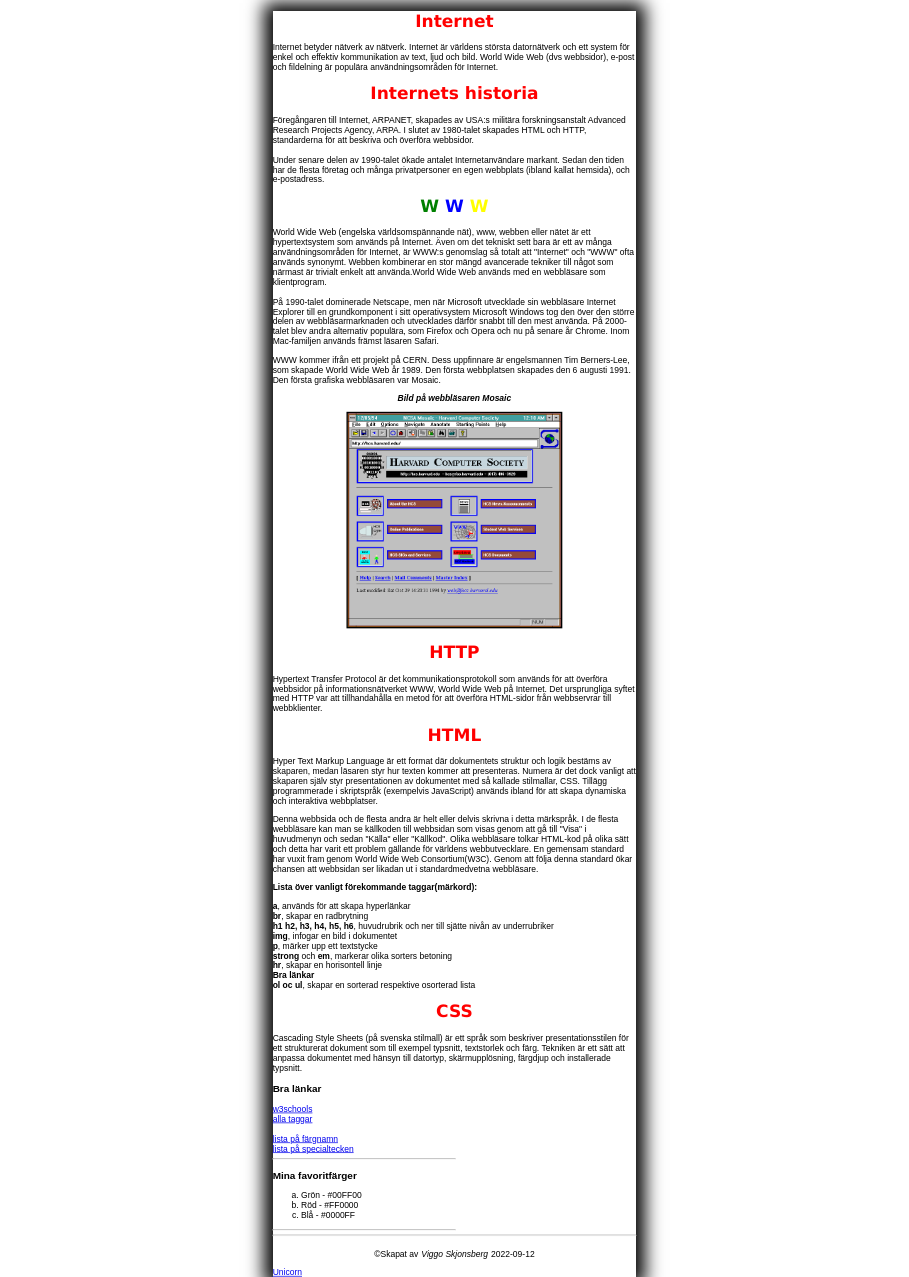
Repository: ViggoSkj/VGY
Page: ovningar/ovning2/ovning2.html
These files come from the project's save history. The page is drawn as it stood at one moment and after the next save; the edit follows.
The browser window is 1280 px wide. The pictures show the whole page, at 71% of full size.

Above is the page before, as saved 2022-11-27 11:33:34.

After the next save:
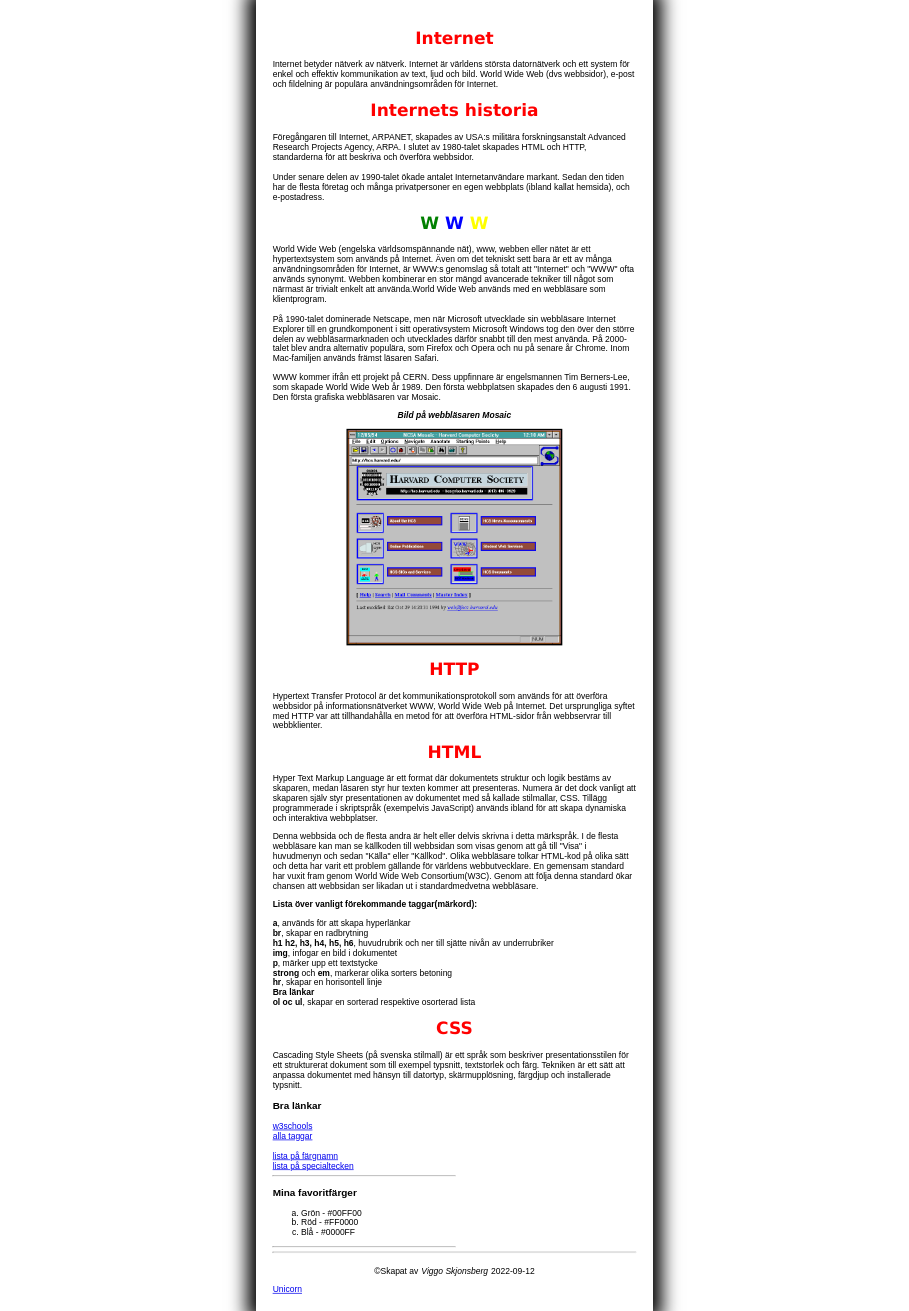
Saved 8 s later.
--- a/ovningar/ovning2/public/css/style.css
+++ b/ovningar/ovning2/public/css/style.css
@@ -5,6 +5,7 @@ body.ovning-2
     font-size: 12px;
     font-family: Arial, Helvetica, sans-serif;
     box-shadow: black 0em 0em 2em 1em;
+    padding: 2em;
 }
 
 body.ovning-2 h1
